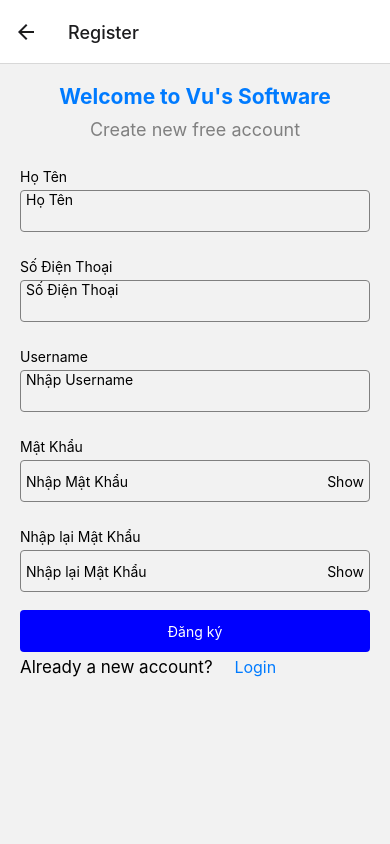
Repository: quangvucot/nntm
Screen: /Register
An editor plug-in stored every save of this project. The screen is shown before and after the next save, followed by the edit.
The app was drawn by React Native's web renderer in a window 390 px wide. The project was rebuilt for these pictures with package versions that can differ from the ones it lists, and the page was loaded fresh each time. Also part of the build but not shown: src/components/Common/Icons/index.js, src/screens/Sensor/index.js, src/screens/Setting/index.js, src/navigations/HomeNavigator.js, src/navigations/SlideMenu/style.js, src/navigations/SlideMenu/index.js, src/navigations/DrawerNavigator.js, src/components/Common/Message/styles.js and 1 more.

Above is the screen before, as saved 2021-11-12 15:15:21.

### App.js
import { StatusBar } from "expo-status-bar";
import React from "react";
import { StyleSheet, Text, View } from "react-native";
import AppNavContainer from "./src/navigations";

export default function App() {
  return <AppNavContainer />;
}

### src/navigations/index.js
import React from "react";
import {} from "react-native";
import { NavigationContainer } from "@react-navigation/native";
import DrawerNavigator from "./DrawerNavigator";
import AuthNavigator from "./AuthNavigator";
const AppNavContainer = () => {
  const isAuthenticated = false;
  return (
    <NavigationContainer>
      {isAuthenticated ? <DrawerNavigator /> : <AuthNavigator />}
    </NavigationContainer>
  );
};
export default AppNavContainer;

### src/navigations/AuthNavigator.js
import React from "react";
import { createStackNavigator } from "@react-navigation/stack";
import SignIn from "../screens/Login";
import Register from "../screens/Register";
import { LOGIN, REGISTER } from "../constants/routeName";

const AuthNavigator = () => {
  const AuthStack = createStackNavigator();
  return (
    <AuthStack.Navigator >
      <AuthStack.Screen name={LOGIN} component={SignIn} />
      <AuthStack.Screen name={REGISTER} component={Register} />
    </AuthStack.Navigator>
  );
};
export default AuthNavigator;

### src/constants/routeName.js
export const HOME_NAVIGATOR = "Home";
export const SENSOR = "Cảm biến";
export const SETTING = "Setting";
export const LOGIN = "Login";
export const REGISTER = "Register";
export const LOGOUT = "Logout";

### src/screens/Login/index.js
import React from "react";
import { StyleSheet, Text, View } from "react-native";
import LoginComponent from "../../components/Login";

const SignIn = () => {
  return <LoginComponent />;
};
export default SignIn;

### src/screens/Register/index.js
import React from "react";
import { StyleSheet, Text, View } from "react-native";
import RegisterComponent from "../../components/Signup";

const Register = () => {
  return <RegisterComponent />;
};
export default Register;

### src/components/Common/Container/index.js
import React from "react";
import { View, Text, ScrollView } from "react-native";
import styles from "./styles";

const Container = ({ children }) => {
  return (
    <ScrollView>
      <View style={styles.wapper}>{children}</View>
    </ScrollView>
  );
};

export default Container;

### src/components/Login/index.js
import React, { useState } from "react";
import { View, Text, Image, TouchableOpacity } from "react-native";
import Container from "../Common/Container";
import CustomButton from "../Common/CustomButton";
import Input from "../Common/Input";
import styles from "./styles";
import { useNavigation } from "@react-navigation/native";
import { REGISTER } from "../../constants/routeName";
import Message from "../Common/Message";

const LoginComponent = ({
  error,
  onChange,
  justSignedUp,
  onSubmit,
  loading,
  form,
}) => {
  const { navigate } = useNavigation();
  const [showPassword, setShowPassword] = useState(true);
  return (
    <Container>
      <Image style={styles.logo} height={80} width={80} />
      <View>
        <Text style={styles.title}>Nông nghiệp thông minh</Text>
        <Text style={styles.subtitle}>Đăng nhập ngay</Text>

        <View style={styles.form}>
          {justSignedUp && (
            <Message
              onDismiss={() => {}}
              success
              message="Account created successfully"
            />
          )}
          {error && !error.error && (
            <Message
              onDismiss={() => {}}
              danger
              message="invalid credentials"
            />
          )}
          {error?.error && <Message danger onDismiss message={error.error} />}
          <Input
            lable="Username"
            iconPosition="right"
            placehoder="Enter Username"
            onChangeText={() => {}}
          />
          <Input
            lable="Password"
            icon={
              <TouchableOpacity
                onPress={() => {
                  showPassword ? setShowPassword(false) : setShowPassword(true);
                }}
              >
                <Text>{showPassword ? "Show" : "Hide"}</Text>
              </TouchableOpacity>
            }
            iconPosition="right"
            secureTextEntry={showPassword}
            onChangeText={() => {}}
            placehoder="Enter Password"
          />
          <CustomButton
            onPress={onSubmit}
            primary
            title="Submit"
            loading={loading}
            disabled={false}
          />
          <View style={styles.createSection}>
            <Text style={styles.infoText}>We need a new account? </Text>
            <TouchableOpacity
              onPress={() => {
                navigate(REGISTER);
              }}
            >
              <Text style={styles.linkBtn}>Regisrer</Text>
            </TouchableOpacity>
          </View>
        </View>
      </View>
    </Container>
  );
};

export default LoginComponent;

### src/components/Signup/index.js
import React, { useState } from "react";
import { View, Text, Image } from "react-native";
import Container from "../Common/Container";
import CustomButton from "../Common/CustomButton";
import Input from "../Common/Input";
import styles from "./styles";
import { TouchableOpacity } from "react-native-gesture-handler";
import { useNavigation } from "@react-navigation/native";
import { LOGIN } from "../../constants/routeName";
import Message from "../Common/Message";

const RegisterComponent = ({
  onSubmit,
  onChange,
  errors,
  form,
  error,
  loading,
}) => {
  const [showPassword, setShowPassword] = useState(true);
  const { navigate } = useNavigation();
  return (
    <Container>
      <View>
        <Text style={styles.title}>Welcome to Vu's Software</Text>
        <Text style={styles.subtitle}>Create new free account</Text>
        <View style={styles.form}>
          {error?.error && (
            <Message
              danger
              retry
              retryFn={() => {
                console.log("2222 => ", 2222);
              }}
              message={error.error}
            />
          )}
          <Input
            lable="Họ Tên"
            iconPosition="right"
            placehoder="Họ Tên"
            onChangeText={() => {}}
          />
          <Input
            lable="Số Điện Thoại"
            iconPosition="right"
            placehoder="Số Điện Thoại"
            onChangeText={() => {}}
          />
          <Input
            lable="Username"
            iconPosition="right"
            placehoder="Nhập Username"
            onChangeText={() => {}}
          />
          <Input
            lable="Mật Khẩu"
            icon={
              <TouchableOpacity
                onPress={() => {
                  showPassword ? setShowPassword(false) : setShowPassword(true);
                }}
              >
                <Text>{showPassword ? "Show" : "Hide"}</Text>
              </TouchableOpacity>
            }
            iconPosition="right"
            secureTextEntry={showPassword}
            placehoder="Nhập Mật Khẩu"
            onChangeText={() => {}}
          />

          <Input
            lable="Nhập lại Mật Khẩu"
            icon={<Text>Show</Text>}
            iconPosition="right"
            secureTextEntry={true}
            placehoder="Nhập lại Mật Khẩu"
            onChangeText={() => {}}
          />
          {console.log("error1122", error)}
          <CustomButton
            onPress={onSubmit}
            primary
            title="Đăng ký"
            loading={loading}
            disabled={loading}
          />
          <View style={styles.createSection}>
            <Text style={styles.infoText}>Already a new account? </Text>
            <TouchableOpacity
              onPress={() => {
                navigate(LOGIN);
              }}
            >
              <Text style={styles.linkBtn}>Login</Text>
            </TouchableOpacity>
          </View>
        </View>
      </View>
    </Container>
  );
};

export default RegisterComponent;

### src/components/Common/Container/styles.js
import {StyleSheet} from 'react-native';
export default StyleSheet.create({
  wapper: {
    padding: 20,
  },
});

### src/components/Common/CustomButton/index.js
import React from 'react';
import {
  View,
  Text,
  TextInput,
  TouchableOpacity,
  ActivityIndicator,
} from 'react-native';
import colors from '../../../assets/theme/colors';
import styles from './styles';
const CustomButton = ({
  onPress,
  title,
  danger,
  secondary,
  primary,
  disabled,
  loading,
  style,
  ...props
}) => {
  // const getFlexDirection = () => {
  //   if (icon && iconPosition) {
  //     if (iconPosition === 'left') {
  //       return 'row';
  //     } else {
  //       return 'row-reverse';
  //     }
  //   }
  // };
  const getBGColor = () => {
    if (disabled) {
      return colors.gray;
    }
    if (primary) {
      return colors.blue;
    }
    if (danger) {
      return colors.red;
    }
    if (secondary) {
      return colors.secondary;
    }
  };
  return (
    <TouchableOpacity
      disabled={disabled}
      onPress={onPress}
      style={[styles.wrapper, {backgroundColor: getBGColor()}, style]}>
      <View style={[styles.loaderSection]}>
        {loading && <ActivityIndicator color={colors.red} />}
        {title && (
          <Text
            style={{
              color: disabled ? 'black' : colors.white,
              paddingLeft: loading ? 5 : 0,
            }}>
            {loading ? 'Please wait...' : title}
          </Text>
        )}
      </View>
    </TouchableOpacity>
  );
};

export default CustomButton;

### src/components/Common/Input/index.js
import React from "react";
import { View, Text, TextInput } from "react-native";
import colors from "../../../assets/theme/colors";
import styles from "./styles";
const Input = ({
  onChangeText,
  placehoder,
  iconPosition,
  icon,
  style,
  value,
  lable,
  error,
  secureTextEntry,
  ...props
}) => {
  const [focused, setFocused] = React.useState(false);
  const getFlexDirection = () => {
    if (icon && iconPosition) {
      if (iconPosition === "left") {
        return "row";
      } else {
        return "row-reverse";
      }
    }
  };
  const getBorderColor = () => {
    if (focused) {
      return colors.blue;
    }
    if (error) {
      return colors.red;
    } else {
      return colors.gray;
    }
  };
  return (
    <View style={styles.inputContainer}>
      {lable && <Text>{lable}</Text>}
      <View
        style={[
          styles.wrapper,
          {
            alignItems: icon ? "center" : "baseline",
          },
          { borderColor: getBorderColor(), flexDirection: getFlexDirection() },
        ]}
      >
        <View>{icon && icon}</View>
        <TextInput
          style={[styles.textInput, style]}
          onChangeText={onChangeText}
          value={value}
          placeholder={placehoder}
          secureTextEntry={secureTextEntry}
          onFocus={() => {
            setFocused(true);
          }}
          onBlur={() => {
            setFocused(false);
          }}
          {...props}
        />
      </View>
      {error && <Text style={styles.error}>{error}</Text>}
    </View>
  );
};

export default Input;

### src/components/Login/styles.js
import { StyleSheet } from "react-native";
import React from "react";
import colors from "../../assets/theme/colors";

export default StyleSheet.create({
  logo: {
    height: 200,
    width: 150,
    alignSelf: "center",
    margin: 50,
  },
  title: {
    fontSize: 21,
    textAlign: "center",
    color: colors.secondary,
    fontWeight: "bold",
  },
  subtitle: {
    paddingVertical: 20,
    textAlign: "center",
    fontSize: 18,
    color: colors.gray,
  },
  form: {
    paddingTop: 20,
  },
  createSection: {
    flexDirection: "row",
  },
  linkBtn: {
    paddingLeft: 17,
    color: colors.secondary,
    fontSize: 16,
  },
  infoText: {
    fontSize: 17,
  },
});

### src/components/Signup/styles.js
import {StyleSheet} from 'react-native';
import React from 'react';
import colors from '../../assets/theme/colors';

export default StyleSheet.create({
  title: {
    fontSize: 21,
    textAlign: 'center',
    color: colors.secondary,
    fontWeight: 'bold',
  },
  subtitle: {
    paddingVertical: 10,
    textAlign: 'center',
    fontSize: 18,
    color: colors.gray,
  },
  form: {
    paddingTop: 5,
  },
  createSection: {
    flexDirection: 'row',
  },
  linkBtn: {
    paddingLeft: 17,
    color: colors.secondary,
    fontSize: 16,
  },
  infoText: {
    fontSize: 17,
  },
});

### src/assets/theme/colors.js
export default {
  primary: '#4361ee',
  white: '#ffffff',
  yellow: '#FFFF00',
  red: '#FF0000',
  gray: '#808080',
  Olive: '#808000',
  purple: '#800080',
  blue: '#0000FF',
  green: '#008000',
  black: '#000000',
  secondary: '#007bff',
  success: '#33CCFF',
};

### src/components/Common/CustomButton/styles.js
import {StyleSheet} from 'react-native';
import colors from '../../../assets/theme/colors';

export default StyleSheet.create({
  wrapper: {
    height: 42,
    paddingHorizontal: 5,
    marginVertical: 5,
    borderRadius: 4,
    alignItems: 'center',
    justifyContent: 'space-evenly',
    color: colors.white,
  },

  loaderSection: {
    flexDirection: 'row',
  },
  textInput: {
    flex: 1,
    width: '100%',
  },
  error: {
    color: colors.red,
    paddingTop: 4,
    fontSize: 12,
  },
});

### src/components/Common/Input/styles.js
import {StyleSheet} from 'react-native';
import colors from '../../../assets/theme/colors';

export default StyleSheet.create({
  wrapper: {
    height: 42,
    borderWidth: 1,
    borderRadius: 4,
    flexDirection: 'row',
    paddingHorizontal: 5,

    marginTop: 5,
  },

  inputContainer: {
    paddingVertical: 13,
  },
  textInput: {
    flex: 1,
    width: '100%',
  },
  error: {
    color: colors.red,
    paddingTop: 4,
    fontSize: 12,
  },
});

After the next save:
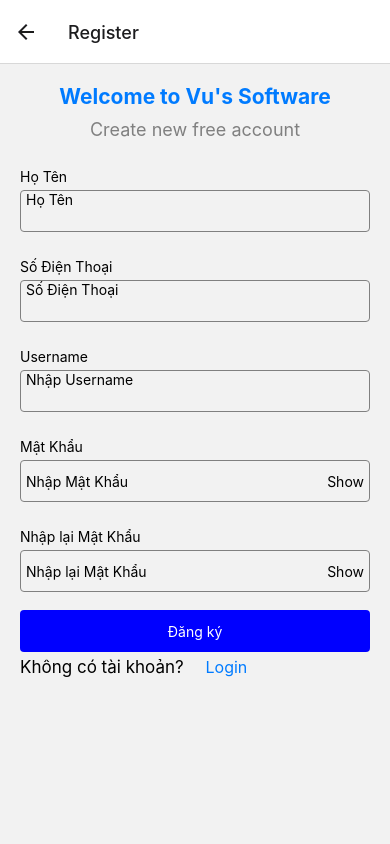
Saved 14 s later.
--- a/src/components/Signup/index.js
+++ b/src/components/Signup/index.js
@@ -87,7 +87,7 @@ const RegisterComponent = ({
             disabled={loading}
           />
           <View style={styles.createSection}>
-            <Text style={styles.infoText}>Already a new account? </Text>
+            <Text style={styles.infoText}>Không có tài khoản? </Text>
             <TouchableOpacity
               onPress={() => {
                 navigate(LOGIN);
